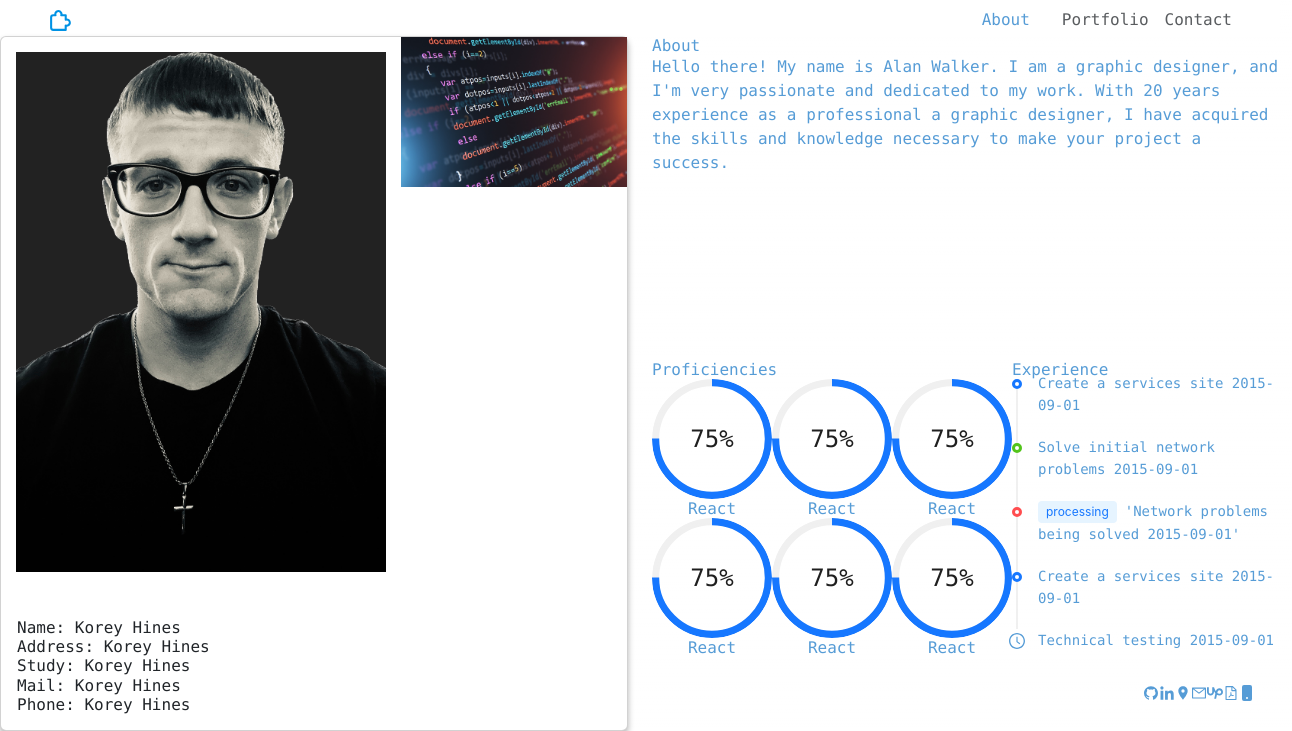
Repository: devkthines/next-portfolio-v2
Page: /about
These files come from the project's save history. The page is drawn as it stood at one moment and after the next save; the edit follows.
The browser window is 1280 px wide. The page is 1292 px wide, so the pictures cover 1292 px, including what lies to the right of the window. The pictures show the whole page.
The project was rebuilt for these pictures with package versions that can differ from the ones it lists, and the page was loaded fresh each time. The framework's server and built-in components were replaced by stand-ins that run in the browser. Also part of the build but not shown: next.config.js.

Above is the page before, as saved 2023-09-25 21:27:34.

### src/app/layout.tsx
import 'bootstrap/dist/css/bootstrap.css';
import './globals.css'
import '../../css/style.css'
import '../../css/mobile.css'
import type { Metadata } from 'next'
import { Inter } from 'next/font/google'
import TopNav from './components/topNav'
import Footer from './components/footer'
import BottomNav from './components/bottomNav'
// Put any other imports below so that CSS from your
// components takes precedence over default styles.
const inter = Inter({ subsets: ['latin'] })

export const metadata: Metadata = {
  title: "&lt;Korey ❤️ Coding/&gt;",
  description: 'Generated by create next app',
  icons: '/puzzle-piece.svg'
}

export default function RootLayout({
  children,
}: {
  children: React.ReactNode
}) {
  return (
    <html lang="en">
      <head>
        <link rel="shortcut icon" href="/puzzle-piece.svg" type="image/x-icon" />
      </head>
      <body className={inter.className}>
        <TopNav />
        {children}
        <Footer />
        <BottomNav />
      </body>
    </html>
  )
}

### src/app/about/page.js
'use client'
import Container from 'react-bootstrap/Container';
import Row from 'react-bootstrap/Row';
import Col from 'react-bootstrap/Col';
import Button from 'react-bootstrap/Button';
import Card from 'react-bootstrap/Card';
import { Progress, Space } from 'antd';
import { ClockCircleOutlined } from '@ant-design/icons';
import { Timeline } from 'antd';
import Image from 'next/image';
import { Descriptions } from 'antd';
import { Divider, Tag } from 'antd'
import {CaretRightOutlined} from '@ant-design/icons'
const items = [
  {
    key: '1',
    label: 'Name',
    children: 'Zhou Maomao',
  },
  {
    key: '2',
    label: 'Telephone',
    children: '209-366-9363',
  },
  {
    key: '3',
    label: 'Study',
    children: 'Software Engineering',
  },
  {
    key: '4',
    label: 'email',
    children: 'dev.kthines@gmail.com',
  },
  {
    key: '5',
    label: 'Address',
    children: 'Lodi, CA',
  },
];




export default function About() {

  return (
    <div id='about'>
      {/* <div> */}
        <Row>
          <Col id=''>
            <Card id='aboutcard'>
            <div className='d-flex'><Card.Img variant="top" id='aboutImg' src='/images/IMG-update.jpg' />
            <div>
              <img src="/images/webstorm-vs-vscode.jpeg" alt="" />

            </div></div>
            <Card.Body>
              <h6>Name:  Korey Hines</h6>
              <h6>Address:  Korey Hines</h6>
              <h6>Study:  Korey Hines</h6>
              <h6>Mail:  Korey Hines</h6>
              <h6>Phone:  Korey Hines</h6>
            </Card.Body>
          </Card>
          </Col>
          <Col id='' className=''>
            <div id='abtTop' className='d-flex '><div>
              <h1>About</h1>
              <p>Hello there! My name is Alan Walker. I am
                a graphic designer, and I'm very passionate and dedicated to my work.
                With 20 years experience as a professional a graphic designer,
                I have acquired the skills and knowledge necessary to make your project a success.</p></div>
              <div className='d-flex'>
                {/* <Card className='interests'>
                  <Card.Img variant="top" className='interestImg' src='/images/IMG-update.jpg' />
                  <Card.Body>
                    <Card.Text>
                      Volunteering
                    </Card.Text>
                  </Card.Body>
                </Card>
                <Card className='interests' >
                  <Card.Img variant="top" className='interestImg' src='/images/IMG-update.jpg' />
                  <Card.Body>
                    <Card.Text>
                      All things CrossFit
                    </Card.Text>
                  </Card.Body>
                </Card> */}
              </div>
            </div>
            <div id='abtBtm' className='d-flex'>
            <div>
              <h1>Proficiencies</h1>
              <div className='d-flex'>
                <div className='text-center'><Progress strokeLinecap="butt" type="circle" percent={75} /><h6>React</h6></div>
                <div className='text-center'><Progress strokeLinecap="butt" type="circle" percent={75} /><h6>React</h6></div>
                <div className='text-center'><Progress strokeLinecap="butt" type="circle" percent={75} /><h6>React</h6></div>
              </div>
              <div className='d-flex'>
                <div className='text-center'><Progress strokeLinecap="butt" type="circle" percent={75} /><h6>React</h6></div>
                <div className='text-center'><Progress strokeLinecap="butt" type="circle" percent={75} /><h6>React</h6></div>
                <div className='text-center'><Progress strokeLinecap="butt" type="circle" percent={75} /><h6>React</h6></div>
              </div>
            </div>
            <div> <h1>Experience</h1>
              <Timeline
                // mode="alternate"
                items={[
                  {
                    children: 'Create a services site 2015-09-01',
                  },
                  {
                    children: 'Solve initial network problems 2015-09-01',
                    color: 'green',
                  },
                  {
                    color: 'red',
                    children: <><Tag bordered={false} color="processing">
                      processing
                    </Tag>'Network problems being solved 2015-09-01'</>,
                  },
                  {
                    children: 'Create a services site 2015-09-01',
                  },
                  {
                    dot: <ClockCircleOutlined style={{ fontSize: '16px' }} />,
                    children: 'Technical testing 2015-09-01',
                  },
                ]}
              />
            </div>
            </div>
          </Col>
        </Row>
      {/* </div> */}
    </div>
  )
}

### css/style.css
* {
    box-sizing: border-box;
    margin: 0;
    padding: 0;
    font-family: Consolas, "Courier New", monospace;
    /* background-color: #222222; */
    color: #569cd6;

}

body {
    background-color: white;
}

.infoSection {
    /* width: 80vw; */
    height: 90vh;
    /* display: flex; */
    /* justify-content: center; */
    /* margin-bottom: 20vh; */
    background-color: #222222;
    border-bottom: 3px solid #569cd6;
}

#infoCol {
    display: flex;
    justify-content: center;
}

.aboutSection {
    /* width: 80vw; */
    padding-top: 100px;
    /* height: 70vh; */
    background: linear-gradient(#222222, rgb(24, 24, 24));
}

#portrait {
    width: 40vw;
    height: 80vh;
    /* border-radius: 0 0 2rem 2rem; */
}

#portraitCol {
    display: flex;
    justify-content: center;
}

#portrait:hover {
    transform: rotateX(180deg);
}

.imgTest {
    margin: 10px;
}

.imgTest:active {
    flex-grow: 10000;
    transform: scale(1);

    max-width: 600px;
    margin: 0px;
    border-radius: 40px;

    background-size: auto 100%;
}

.tab-content {
    height: 100% !important;
    margin-left: 25% !important;
}

/* .color-change{
    background-color: greenyellow;
} */
.noShow {
    display: none;
}

.buttonShow {
    display: block;
}

#tile1 {
    width: 700px;
    height: 500px;
}

#experience {
    padding-top: 50px;
    height: auto;
}

main {
    display: flex;
    flex-direction: column;
    justify-content: center;
    align-items: center;
}

.middle {
    transition: .5s ease;
    opacity: 0;
    position: absolute;
    top: 50%;
    left: 50%;
    transform: translate(-50%, -50%);
    -ms-transform: translate(-50%, -50%);
    text-align: center;
}

#imageTile1 {
    position: relative;
    width: 40vw;
    height: 70vh;
}

#tile1 {
    width: 100%;
    height: 100%;
}

#imageTile1:hover #tile1 {
    opacity: 0.3;
}

#imageTile1:hover .middle {
    opacity: 1;
}

.text {
    background-color: #04AA6D;
    color: white;
    font-size: 16px;
    padding: 16px 32px;
}

#no-expand {
    display: none;

}

#expandIt {
    display: block;
}

.no-Display {
    display: none;
}

.okToDisplay {
    display: block;
}

a.nav-link {
    color: #569cd6;
}


#topNav {
    background-color: white;
    display: none;
    /* position: fixed; */
    /* top: 0; */
    width: 100%;
    height: 5vh;
}

#footer {
    display: flex;
    justify-content: space-between;
    padding: 0 25px;
}

#bottomNav {
    display: flex;
    position: fixed;
    bottom: 0;
    width: 100%;
    background-color: white;
    font-size: 16px;
}
#about{
    /* margin-top: 10vh; */
    height: 90vh;
    /* overflow: hidden; */
}

#aboutImg{
    width: 400px;
    /* height: ; */
    padding: 15px 15px 30px;
}
#aboutcard{
    box-shadow: 0 4px 6px rgba(0, 0, 0, .3);
    /* height: fit-content; */
    /* width: 400px; */

}
.interests{
    width: 200px;
    height: 300px;
}
.interestImg{
    width: 200px;
    height: 200px;
}
#abtTop{
    height: 45vh;
}
#abtBtm{
    height: 45vh;
}
#abtLeft{
    /* width: 25vw; */
}
#abtRight{
    /* width: 75vw; */
}

### css/mobile.css
@media screen and (min-width: 640px){

    /* background-color: green!important; */
    #portrait{
        width: 500px;
        height: 500px;
        /* border-radius: 0 0 2rem 2rem; */

    }

main{
    /* color: white!important; */
}
}
@media screen and (min-width: 768px){
#portraitCol{

    justify-content: start;
}
#infoCol{
    justify-content: end;
    /* text-align: end; */
}
}
@media screen and (min-width: 1024px){
    #portrait{
        width: 600px;
        height: 600px;
        /* border-radius: 0 0 2rem 2rem; */
    }
    #topNav{
        display:flex ;
    }
    #bottomNav{
        display: none;
    }
}
@media screen and (min-width: 1280px){

}
@media screen and (min-width: 1536px){

}

### src/app/components/topNav.js
'use client';
import Nav from 'react-bootstrap/Nav';
import Image from 'next/image';


export default function TopNav(){

    return(
        <header>
        {/* <Navbar id='topNav' className={`${color ? 'color-change' : ''}`} sticky='top' expand="lg" > */}

        <Nav id='topNav' variant="underline" defaultActiveKey="/home" className='d-flex justify-content-between'>
       <div className='ms-5'><Nav.Item>
          <Nav.Link href="/"><Image width={25} height={25} id='navbrand' src="/puzzle-piece.svg" alt="" /></Nav.Link>
        </Nav.Item></div>
        <div className='d-flex me-5'><Nav.Item className='px-3'>
          <Nav.Link href="/about">About</Nav.Link>
        </Nav.Item>
        <Nav.Item className='px-3'>
          <Nav.Link eventKey="disabled" disabled>
            Portfolio
          </Nav.Link>
        </Nav.Item>
        <Nav.Item>
          <Nav.Link eventKey="disabled" disabled>
            Contact
          </Nav.Link>
        </Nav.Item>
        </div>
      </Nav>
      </header>
    )
} ;

### src/app/components/footer.js
'use client'

import OverlayTrigger from 'react-bootstrap/OverlayTrigger';
import Card from 'react-bootstrap/Card';
import { AiFillGithub } from 'react-icons/ai';
import { GrLinkedinOption } from 'react-icons/gr';
import { MdVolunteerActivism } from 'react-icons/md';
import { IoLogoCss3 } from 'react-icons/io';
import { IoLogoJavascript } from 'react-icons/io';
import { CgGym } from 'react-icons/cg';
import { AiOutlineMail } from 'react-icons/ai';
import { AiOutlineFilePdf } from 'react-icons/ai';
import { BsFillPhoneFill } from 'react-icons/bs';
import { MdLocationOn } from 'react-icons/md';
import { SiUpwork } from 'react-icons/si';
// import PicOfMe from '/images/image_67220481.JPG'
import Container from 'react-bootstrap/Container';
import Row from 'react-bootstrap/Row';
import Col from 'react-bootstrap/Col';
import { useEffect } from 'react';
import Tooltip from 'react-bootstrap/Tooltip';
import $ from 'jquery'

 export default function Footer(){
    const btnName = {
        'gitHub': {
          'id': 1,
          "placement": "bottom",
          "info": "gitHub",
          "icon": <a href="https://github.com/devkthines" target='_blank'>
            <button className='quickLinks'><AiFillGithub /></button></a>
        },
        'linkedIn': {
          'id': 2,
          "placement": "bottom",
          "info": "linkedIn",
          "icon": <a href="https://www.linkedin.com/in/korey-hines-17b0a9263" target='_blank'><button className='quickLinks'><GrLinkedinOption />
          </button></a>
        },
        'gMaps': {
          'id': 3,
          "placement": "bottom",
          "info": "gMaps",
          "icon": <a href="https://goo.gl/maps/BovFkBEjUMQ6VBob9" target='_blank'>
            <button className='quickLinks'><MdLocationOn /></button></a>
        },
        'gMail': {
          'id': 4,
          "placement": "bottom",
          "info": "gMail",
          "icon": <a href="mailto:dev.kthines@gmail.com"><button className='quickLinks'><AiOutlineMail /></button></a>
        },
        'upWork': {
          'id': 5,
          "placement": "bottom",
          "info": "upWork",
          "icon": <a href="https://www.upwork.com/freelancers/~01ae4feb16c6fa7213?viewMode=1" target='_blank'>
            <button className='quickLinks'><SiUpwork /></button></a>
        },
        'redPDF': {
          'id': 6,
          "placement": "bottom",
          "info": "resume",
          "icon": <a className='aLink' target="_blank" href="/files/hinesResume.pdf">
            <button className='quickLinks'><AiOutlineFilePdf /></button></a>
        },
        'phone': {
          'id': 7,
          "placement": "bottom",
          "info": "phone",
          "icon": <a href="tel:2093669363" >  <button className='quickLinks'><BsFillPhoneFill /></button></a>
        }
      }
    return(
        <>
        <footer id='footer'><p>Copyright 2023- Korey Hines</p>
       <div> {Object.entries(btnName).map(([k, v]) => (
                <div className='d-inline-block' key={v.id}>
                  <OverlayTrigger
                    trigger="hover"
                    key={v.id}
                    placement={v.placement}
                    overlay={

                      <Tooltip id={`tooltip-${v.placement}`}>
                        {v.info}
                      </Tooltip>
                    }
                  >
                    {v.icon}
                  </OverlayTrigger>
                </div>))}
</div>
        </footer>
        </>
    )
 }

### src/app/components/bottomNav.js
'use client'
import Nav from 'react-bootstrap/Nav';
import Image from 'next/image';
export default function BottomNav(){

    return(
        <>
        <Nav id='bottomNav' className="justify-content-center" activeKey="/home">
        <Nav.Item>
          <Nav.Link href="/"><Image width={25} height={25} id='navbrand' src="/puzzle-piece.svg" alt="" /></Nav.Link>
        </Nav.Item>
        <Nav.Item>
          <Nav.Link eventKey="link-1">About</Nav.Link>
        </Nav.Item>
        <Nav.Item>
          <Nav.Link eventKey="link-2">Portfolio</Nav.Link>
        </Nav.Item>
        <Nav.Item>
          <Nav.Link eventKey="disabled" disabled>
            Contact
          </Nav.Link>
        </Nav.Item>
      </Nav>
        </>
    )
}

Loaded but not shown: src/app/globals.css (common file); tailwind.config.ts (common file)

After the next save:
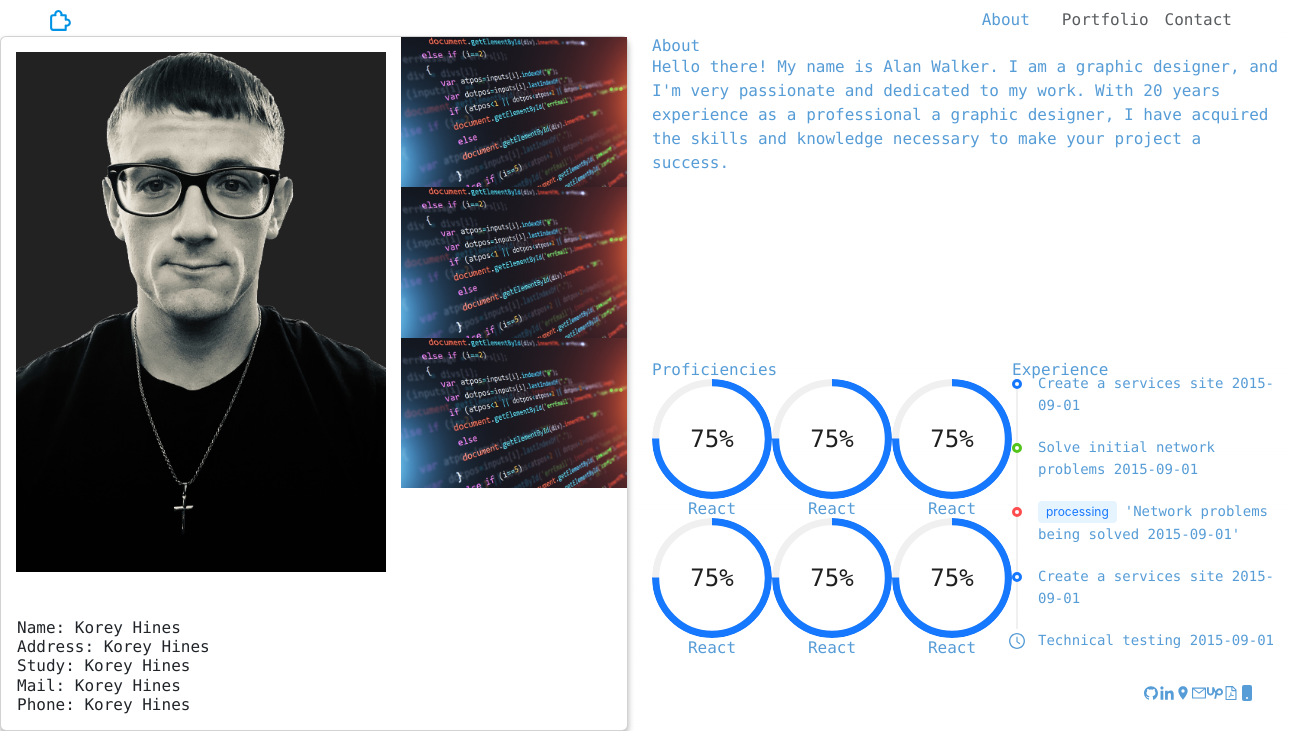
Saved 6 s later.
--- a/src/app/about/page.js
+++ b/src/app/about/page.js
@@ -53,7 +53,8 @@ export default function About() {
             <div className='d-flex'><Card.Img variant="top" id='aboutImg' src='/images/IMG-update.jpg' />
             <div>
               <img src="/images/webstorm-vs-vscode.jpeg" alt="" />
-
+              <img src="/images/webstorm-vs-vscode.jpeg" alt="" />
+              <img src="/images/webstorm-vs-vscode.jpeg" alt="" />
             </div></div>
             <Card.Body>
               <h6>Name:  Korey Hines</h6>
